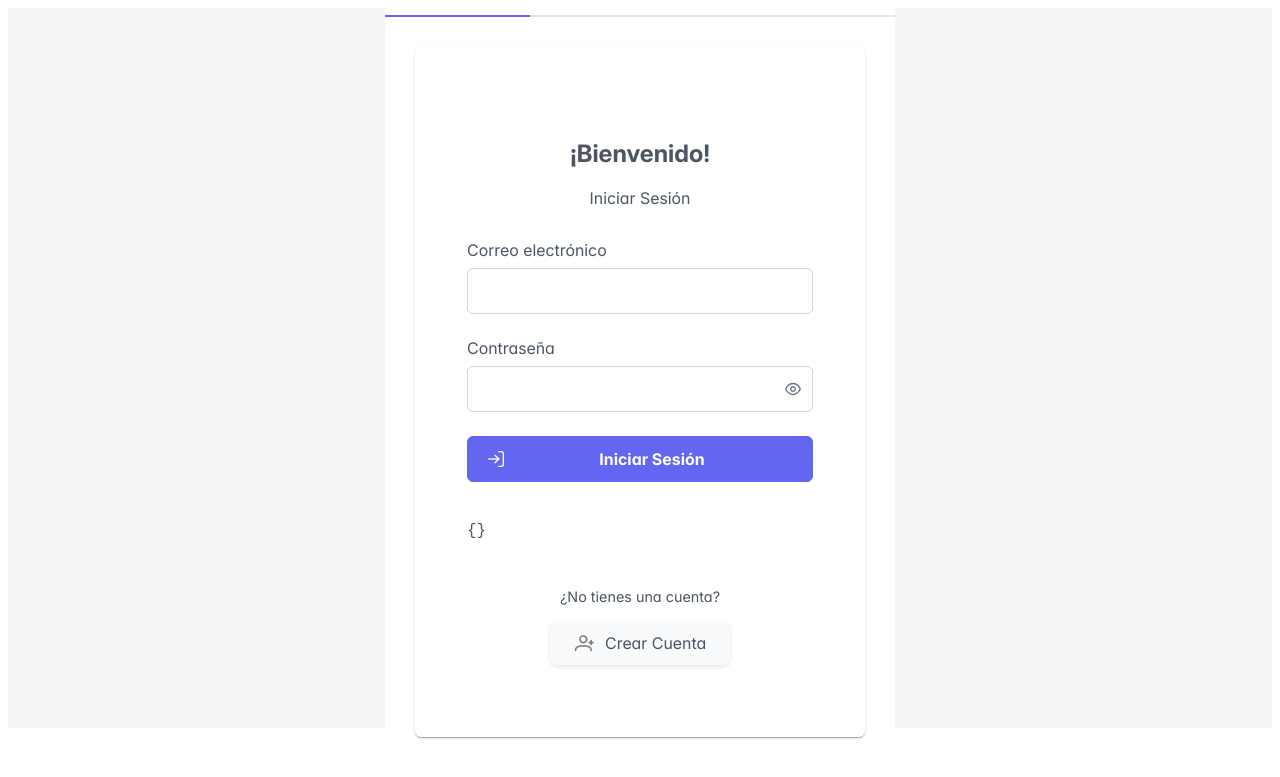
Repository: nder1996/Info_Colombia
Page: / (app in fronted/gestion-tareas/)
These files come from the project's save history. The page is drawn as it stood at one moment and after the next save; the edit follows.
The browser window is 1280 px wide. The pictures show the whole page.
The project was rebuilt for these pictures with package versions that can differ from the ones it lists, and the page was loaded fresh each time. Also part of the build but not shown: fronted/gestion-tareas/src/routes/ProtectedRoute.tsx, fronted/gestion-tareas/src/components/gestion-tareas/GestionTareas.css, fronted/gestion-tareas/src/services/GestionTareasService.ts, fronted/gestion-tareas/src/services/SummaryServices.ts, fronted/gestion-tareas/src/services/UsuarioService.ts, fronted/gestion-tareas/src/services/WebSocketService.ts, fronted/gestion-tareas/src/hooks/useNotifications.ts, fronted/gestion-tareas/src/components/gestion-tareas/GestionTareas.tsx and 1 more.

Above is the page before, as saved 2025-02-24 03:32:06.

After the next save:
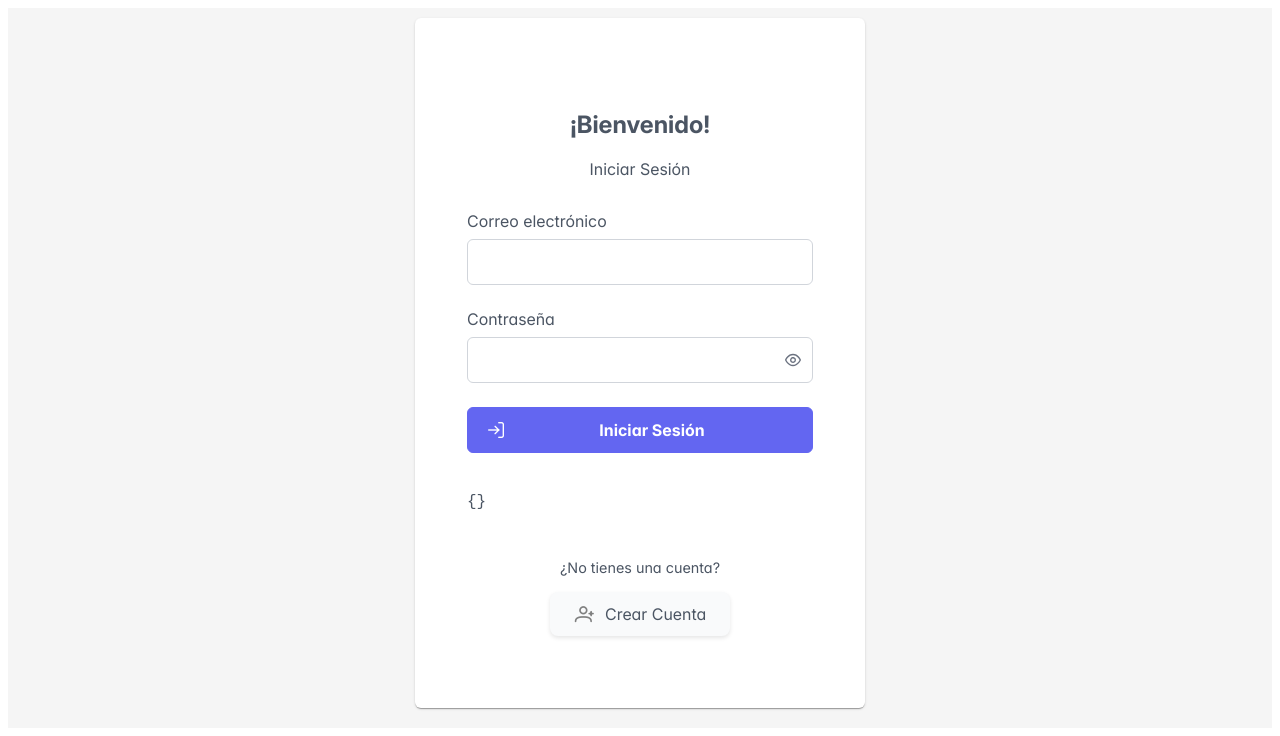
Saved 22 s later.
--- a/fronted/gestion-tareas/src/routes/AppRoutes.tsx
+++ b/fronted/gestion-tareas/src/routes/AppRoutes.tsx
@@ -5,26 +5,23 @@ import useAuthStore from "../store/auth/useAuthStore";
 import GestionTareas from "src/components/gestion-tareas/GestionTareas";
 import InicioSession from "src/components/InicioSession/InicioSession";
 import Registrarse from "src/components/Registrarse/Registrarse";
-import Ingreso from "src/components/Ingreso/Ingreso";
 
 const AppRoutes: React.FC = () => {
   const auth = useAuthStore((state) => state.Auth);
 
   return (
     <Routes>
-      {/*
-        <Route path="/login" element={<InicioSession />} />
+      <Route path="/login" element={<InicioSession />} />
       <Route path="/Registro" element={<Registrarse />} />
-      */}
 
-      <Route path="/Bienvenido" element={<Ingreso />} />
+      {/* Agrupar rutas protegidas dentro de ProtectedRoute */}
       <Route element={<ProtectedRoute />}>
         <Route path="/GestionTareas" element={<GestionTareas />} />
       </Route>
-      <Route path="*" element={<Navigate to="/Bienvenido" replace />} />
 
-      {/*   <Route path="*" element={<Navigate to={auth.isAuthenticated ? "/GestionTareas" : "/Ingreso"} replace />} /> */}
+      {/* Redirigir a login si no hay ruta válida */}
 
+       <Route path="*" element={<Navigate to={auth.isAuthenticated ? "/GestionTareas" : "/login"} replace />} />
     </Routes>
   );
 };
